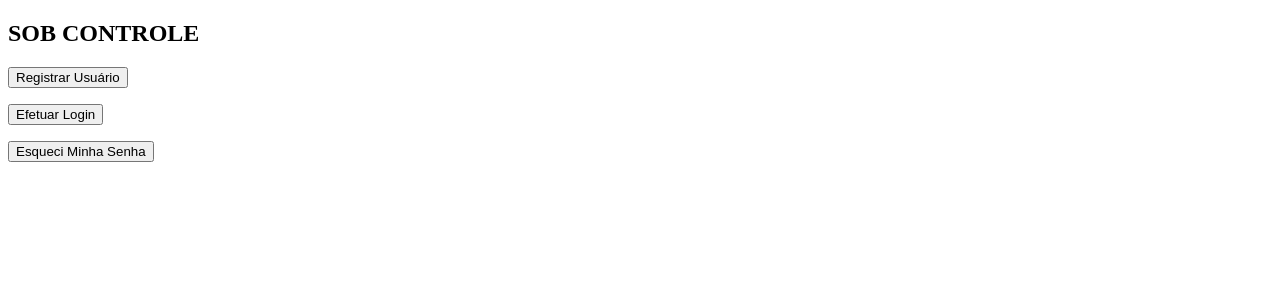
Repository: Glaydson/SobControle
Page: projeto/SobControle/WebContent/confirmacaoEmail.html
These files come from the project's save history. The page is drawn as it stood at one moment and after the next save; the edit follows.
The browser window is 1280 px wide. The pictures show the whole page.

Above is the page before, as saved 2014-09-08 19:31:55.

After the next save:
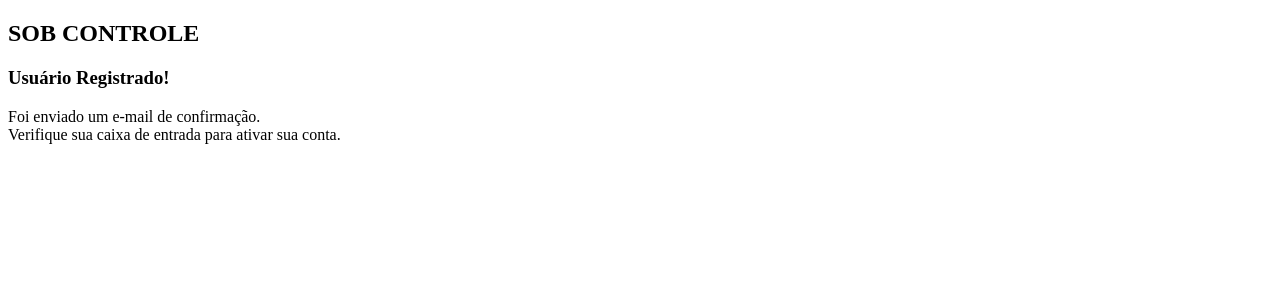
Saved 99 s later.
--- a/projeto/SobControle/WebContent/confirmacaoEmail.html
+++ b/projeto/SobControle/WebContent/confirmacaoEmail.html
@@ -6,12 +6,8 @@
 </head>
 <body style="font-family: 'Bookman Old Style'">
 	<H2>SOB CONTROLE</H2>
-	<form name="formPrincipal">
-		<button type="submit" formaction="registrarUsuario.html">Registrar
-			Usuário</button><P>
-		<button type="submit" formaction="efetuarLogin.html">Efetuar Login</button><P>
-		<button type="submit" formaction="esqueciSenha.html">Esqueci Minha
-			Senha</button>
-	</form>
+	<H3>Usuário Registrado!</H3>
+	<div>Foi enviado um e-mail de confirmação.</div>
+	<div>Verifique sua caixa de entrada para ativar sua conta.</div>
 </body>
 </html>
